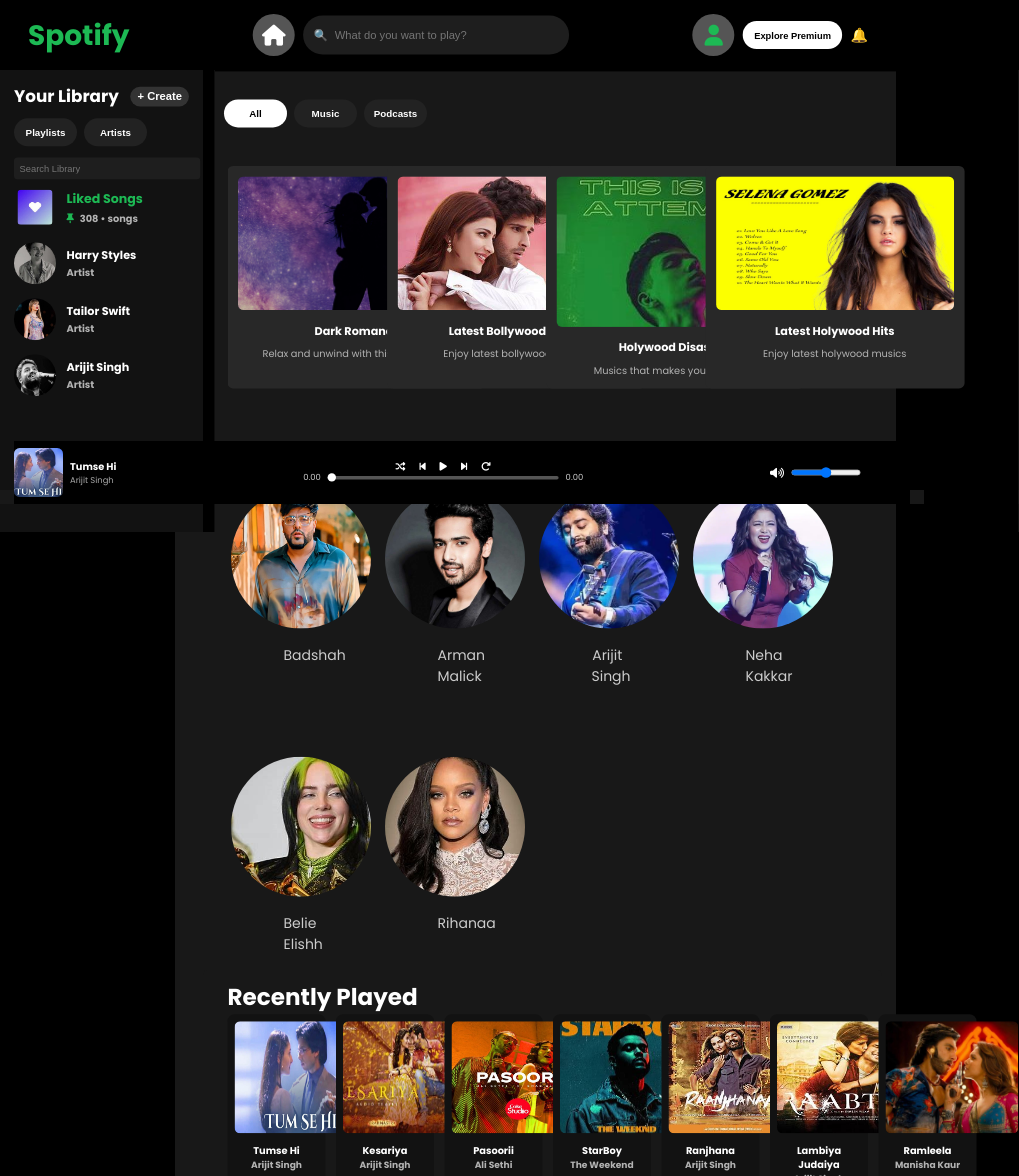
Repository: IshikaSinghRajput/Spotify_Clone
Page: index.html
The author's editor kept a copy of each file at every save. The page is drawn from the files as they stood at one save, then again after the next save.
The browser window is 1280 px wide. The page is 1455 px wide, so the pictures cover 1455 px, including what lies to the right of the window. The pictures show the part of the page from y = 0 to 1680 px (the page is 2241 px tall), at 70% of full size.

Above is the page before, as saved 2025-04-26 16:45:58.

After the next save:
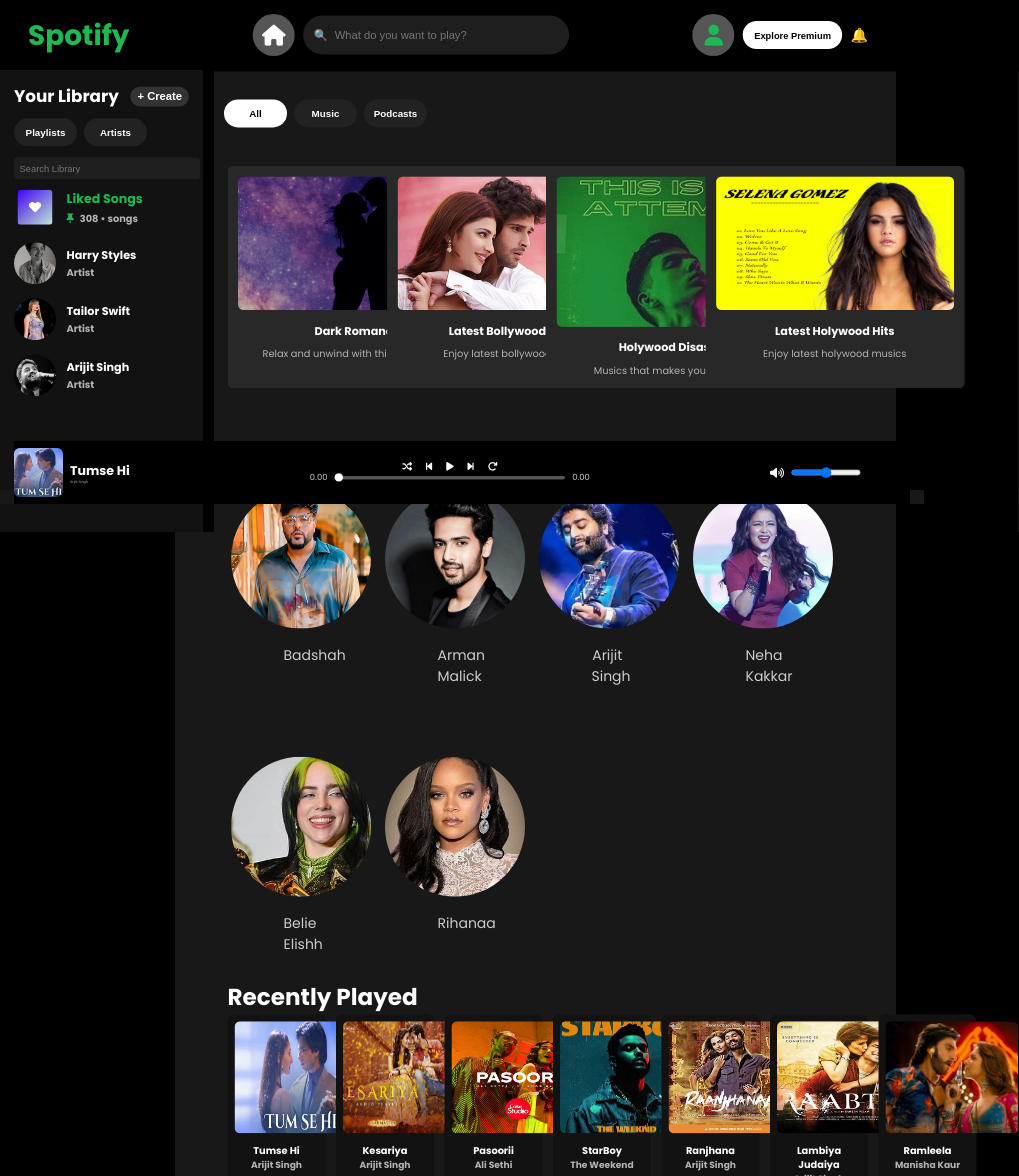
Saved 14 s later.
--- a/style.css
+++ b/style.css
@@ -280,12 +280,12 @@
 }
 
 .song-info h4{
-    font-size: 14px;
+    font-size: 18px;
    font-weight: bold;
 }
 
 .song-info p{
-    font-size: 12px;
+    font-size: 5px;
     color: #aaa;
 
 }
